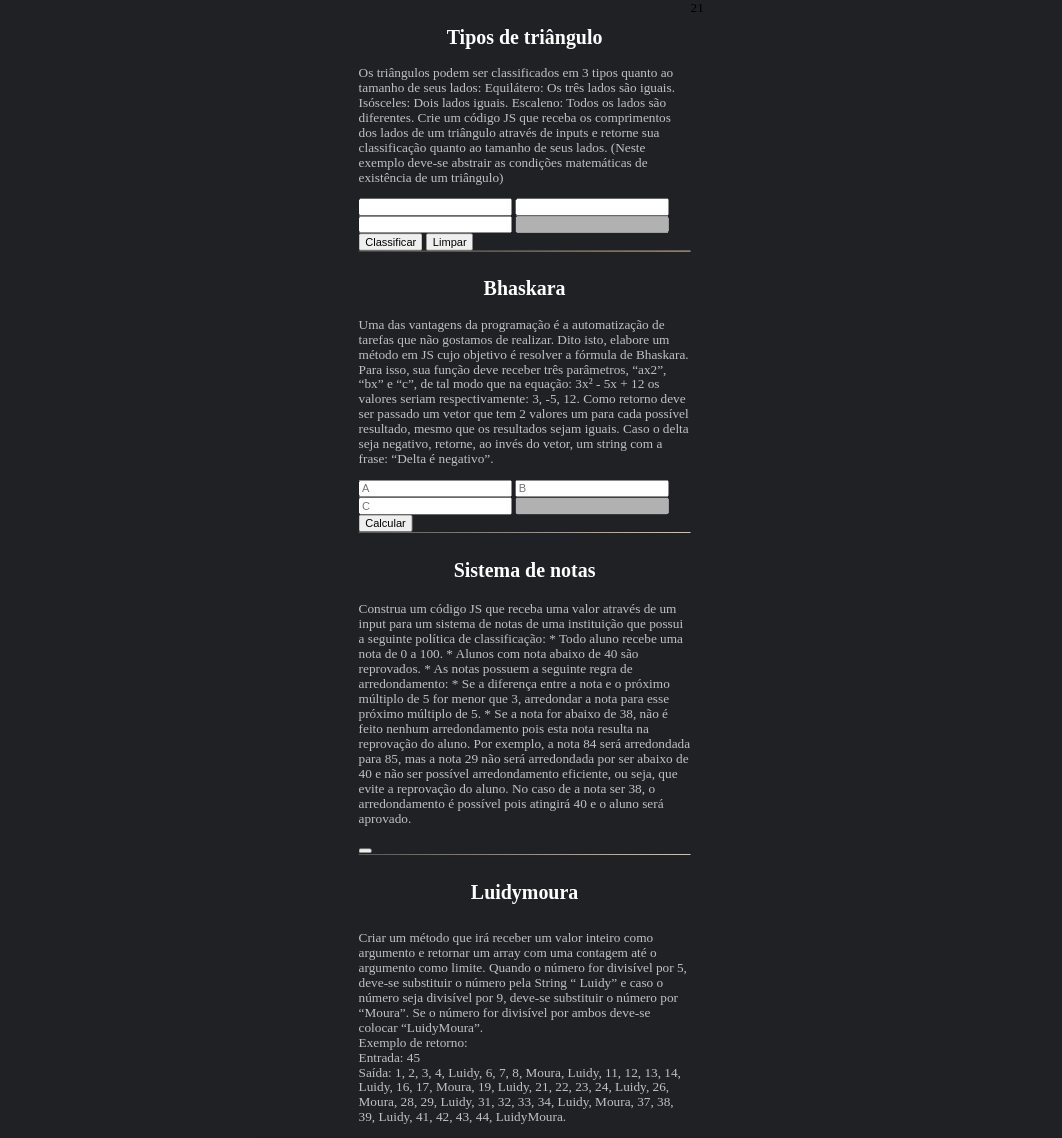
Repository: viviij/Fun-es-Simples-JavaScript
Page: index.html
An editor plug-in stored every save of this project. The page is shown before and after the next save, followed by the edit.
The browser window is 1280 px wide. The pictures show the whole page, at 83% of full size.

Above is the page before, as saved 2022-08-26 13:55:14.

After the next save:
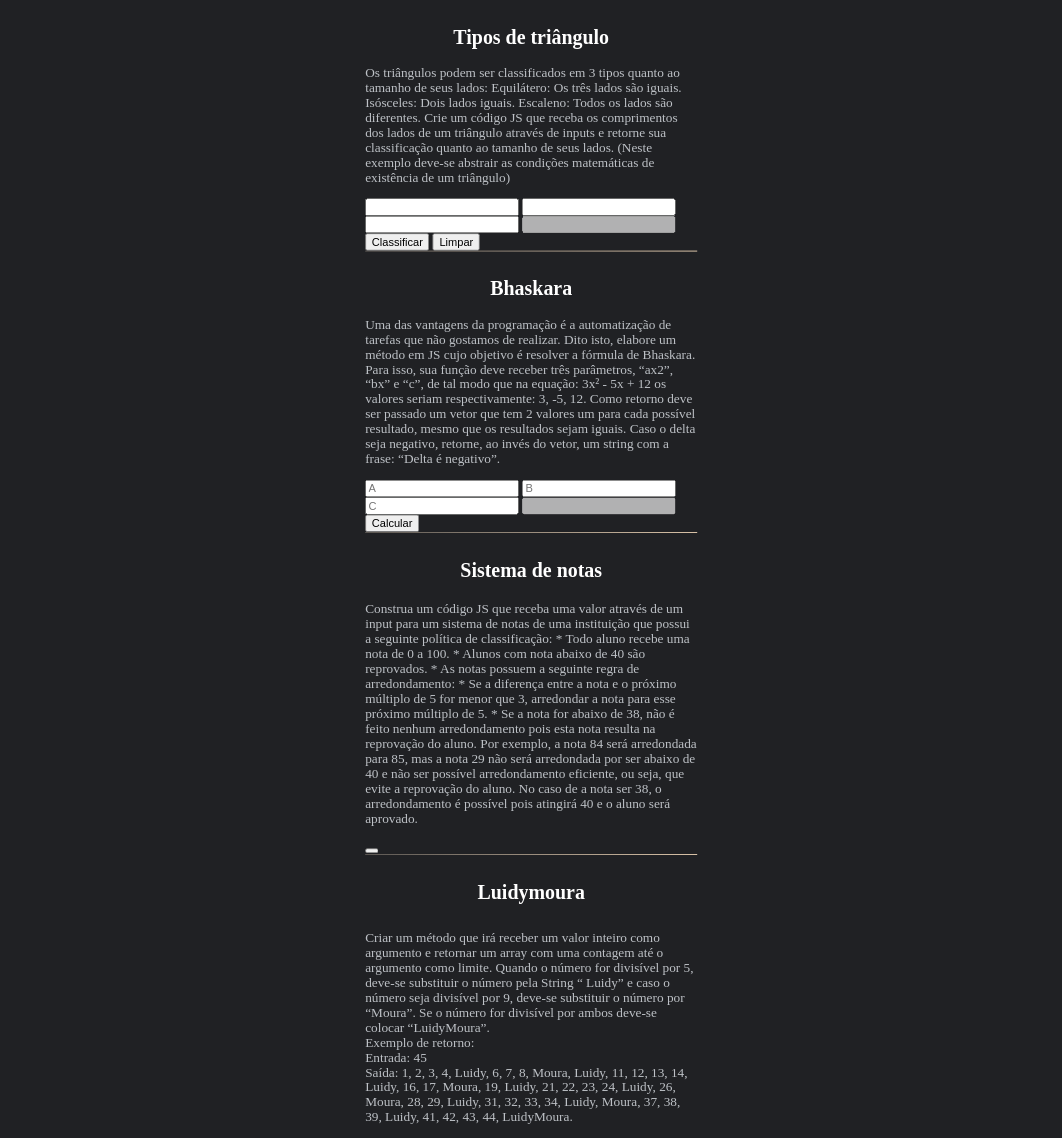
Saved 37 s later.
--- a/js/luidymoura.js
+++ b/js/luidymoura.js
@@ -32,4 +32,4 @@ function getSum(n)
 
 // Driver code
 var n = 687;
-document.write(getSum(n));
+console.log(getSum(n))
